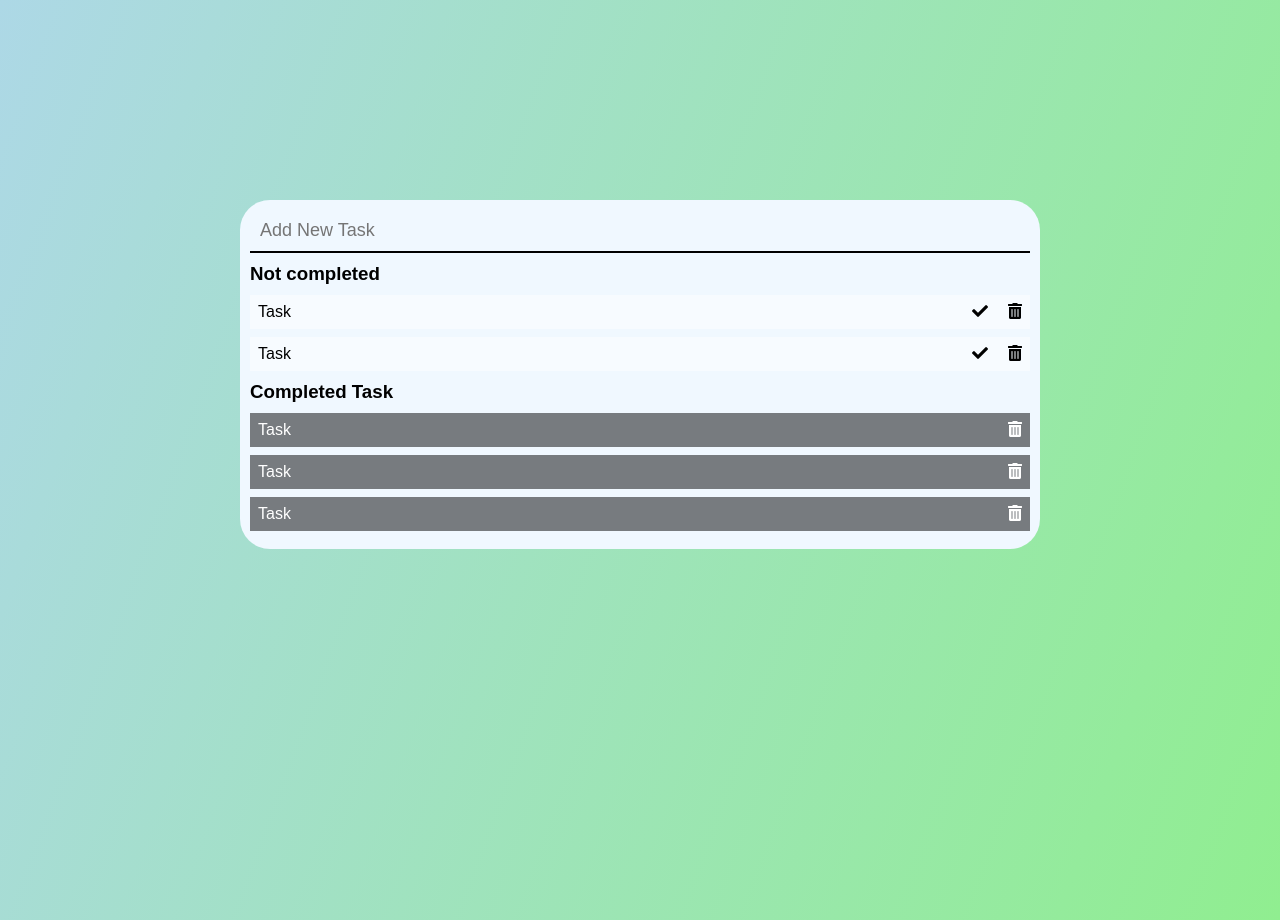
Repository: Mayur2905/OIBSIP
Page: Task-6/index.html
An editor plug-in stored every save of this project. The page is shown before and after the next save, followed by the edit.
The browser window is 1280 px wide. The pictures show the whole page.

Above is the page before, as saved 2022-02-05 21:05:25.

After the next save:
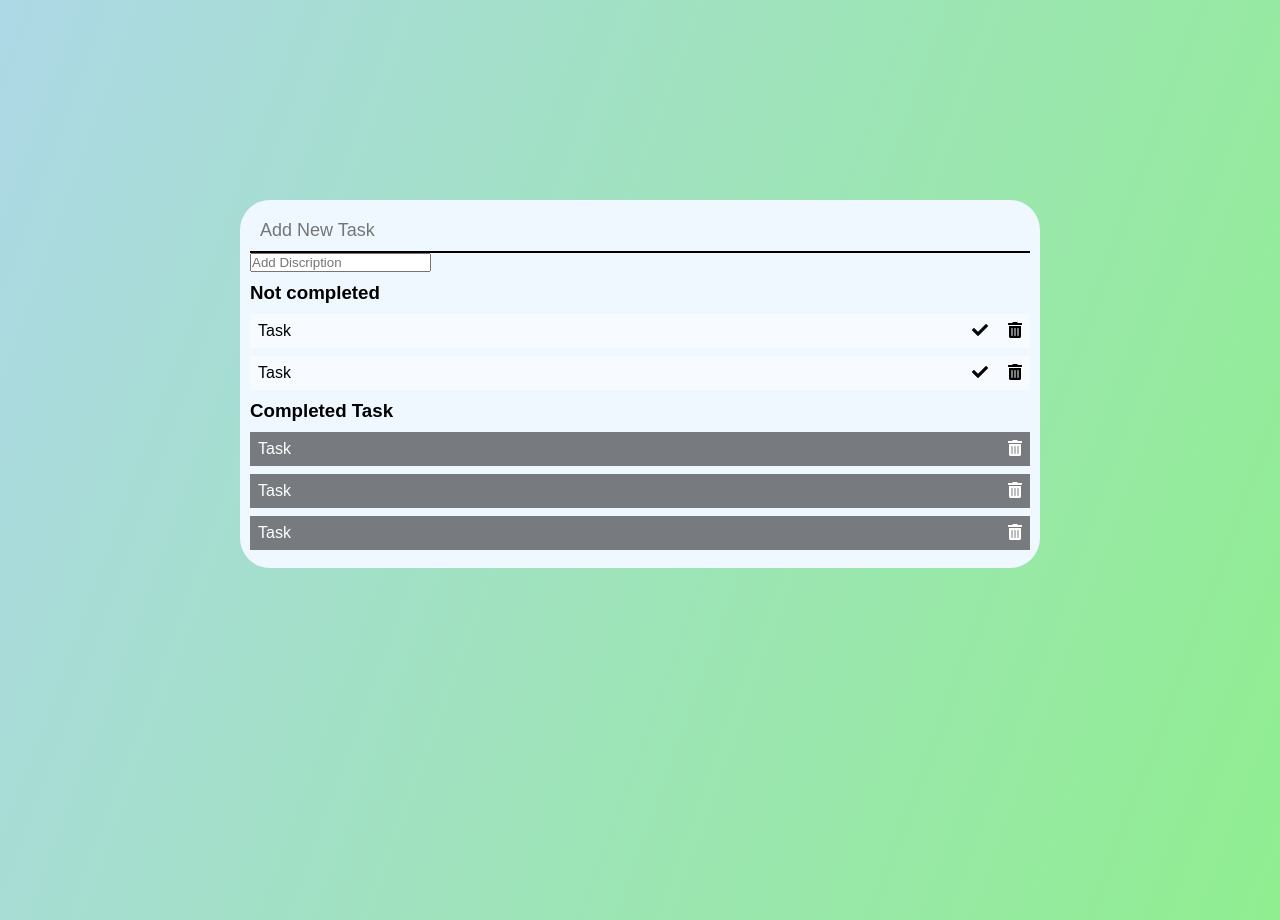
Saved 44 s later.
--- a/Task-6/index.html
+++ b/Task-6/index.html
@@ -12,6 +12,7 @@
 <body>
     <div class="container">
         <input type="text" class="textb" placeholder="Add New Task">
+        <input type="text" class="textb1" placeholder="Add Discription">
         <div class="notdone">
             <h3>Not completed</h3>
             <div class="task">
